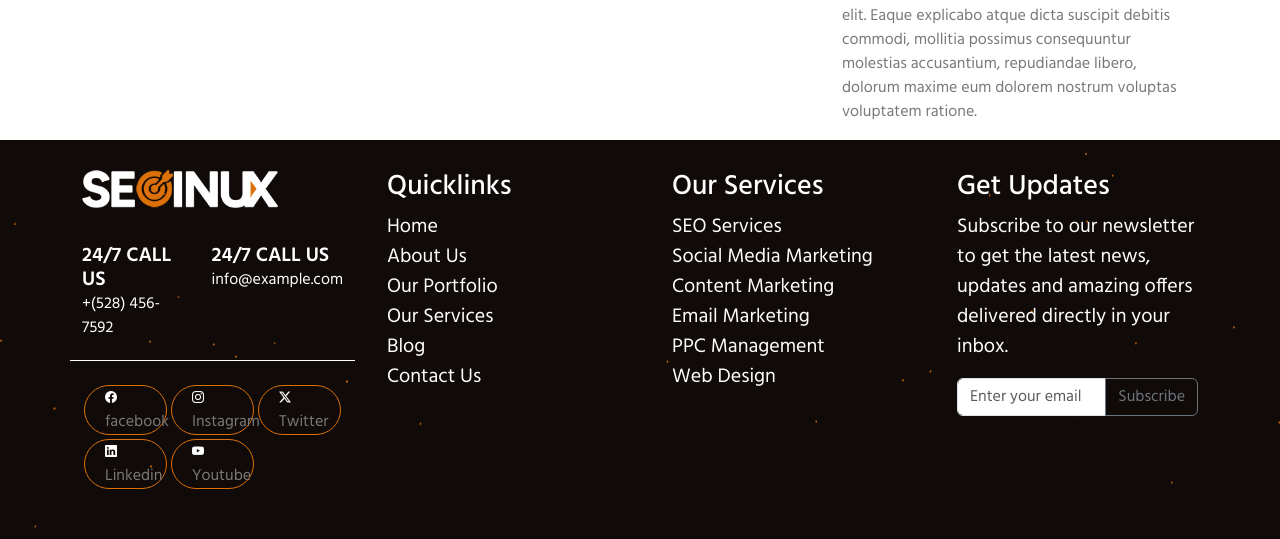
Repository: tagnam/seoinox
Page: about.html
An editor plug-in stored every save of this project. The page is shown before and after the next save, followed by the edit.
The browser window is 1280 px wide. The pictures show the part of the page from y = 3019 to 3558 px (the page is 3558 px tall).
A picture or video elsewhere on the page could not be fetched, so the positions and the page height are approximate. Backgrounds fixed to the window are drawn as part of the page.

Above is the page before, as saved 2025-02-26 11:03:16.

### about.html
<!DOCTYPE html>
<html lang="en">
<head>
    <meta charset="UTF-8">
    <meta name="viewport" content="width=device-width, initial-scale=1.0">
    <title>SEOINOX</title>
    <link href="https://cdn.jsdelivr.net/npm/bootstrap@5.3.3/dist/css/bootstrap.min.css" rel="stylesheet" integrity="sha384-QWTKZyjpPEjISv5WaRU9OFeRpok6YctnYmDr5pNlyT2bRjXh0JMhjY6hW+ALEwIH" crossorigin="anonymous">
    <link rel="stylesheet" href="style/css/style.css">
    <link rel="stylesheet" href="style/css/responsive.css">
    <link rel="stylesheet" href="style/css/animation.css">
</head>


<body>
  <header>
    <nav class="navbar navbar-expand-lg ">
        <div class="container-fluid">
          <a class="navbar-brand" href="#"><img src="images/main-logo-sec.png" width="100%" alt=""></a>
          <button class="navbar-toggler" type="button" data-bs-toggle="collapse" data-bs-target="#navbarSupportedContent" aria-controls="navbarSupportedContent" aria-expanded="false" aria-label="Toggle navigation">
            <span class="navbar-toggler-icon"></span>
          </button>
          <div class="collapse navbar-collapse custom-navbar-collapse" id="navbarSupportedContent">
            <ul class="navbar-nav custom-navbar-nav">
              <li class="nav-item">
                <a class="nav-link active" aria-current="page" href="/">Home</a>
              </li>
              <li class="nav-item">
                <a class="nav-link" href="about.html">About US</a>
              </li>
              <li class="nav-item">
                <a class="nav-link" href="portfolio.html">Our Portfolio</a>
              </li>
              <li class="nav-item">
                <a class="nav-link" href="service.html">Our Services</a>
              </li>
              <li class="nav-item">
                <a class="nav-link" href="blog.html">Blog</a>
              </li>
              <li class="nav-item">
                <a class="nav-link" href="contact.html">Contact Us</a>
              </li>
            </ul>
            <div class="d-flex" role="search">
                    <div class="menu-icon">
                        <div class="menu-icon-item"> </div>
                        <div class="menu-icon-item"></div>
                        <div class="menu-icon-item"></div>
                    </div>
            </div>
          </div>
        </div>
      </nav>
  </header>


<!--====================================== start hero section  ============================-->
 <section class="inner-page-hero-section">
    <div class="container">
        <div class="row">
                <div class="col-lg-12" style="z-index: 10;">
                    <div class="page-title">
                        <h2> About Us</h2>
                    </div>
                </div>
        </div>
    </div>
    <div class="overlay"></div>
 </section>

<!--====================================== end hero section  ============================-->

  <!--====================================== start about section  ============================-->
  <section class="about-section">
    <div class="container">
      <div class="row">
        <div class="col-lg-6" style="height: 800px;">
          <div class="about-img-container">
            <img src="images/about-image.png" alt="">
          </div>
        </div>
        <div class="col-lg-6">

          <div class="about-content-container">
            <div class="about-content">
              <h2 class="about-main-heading" style="text-align: start;">About Us</h2>
              <p class="about-sub-heading" style="text-align: start ; line-height: 80px;">Lorem ipsum dolor sit amet</p>
          </div>
          <p>At the core of our journey lies a commitment to driving growth fueled by a combination of expertise and passion. We believe growth is not just about numbers—it's about creating meaningful impact, fostering innovation, and building relationships that last. Our team brings a wealth of knowledge, experience, and dedication to every project.</p>
          <div class="about-card card">
            <div class="row g-4">
              <div class="col" style="background-color: #F7F7F7; border-radius: 15px;  ">
                <div class="card-body mission-vission">
                  <h5 class="card-title">Our Mission</h5>
                  <p class="card-text">Lorem ipsum dolor sit amet, consectetur adipiscing elit. </p>
                </div>
              </div>
              <div class="col" >
                <div class="card-body mission-vission">
                  <h5 class="card-title">Our Vision</h5>
                  <p class="card-text">Lorem ipsum dolor sit amet, consectetur adipiscing elit. </p>
                </div>
              </div>
            </div>
          </div>
        </div>
        </div>
      </div>
    </div>
  </section>

    <!--====================================== end about section  ============================-->
    <div class="clearfix"></div>


    <!--====================================== start choice  section  ============================-->

<section class="ab-page-choice-section">
<div class="container">
  <div class="row">
    <div class="col-lg-6" style="padding: 0px 50px;">
      <div class="about-content" >
        <h2 class="about-main-heading" style="text-align: start;">About Us</h2>
        <p class="about-sub-heading" style="text-align: start ; line-height: 80px; color: #fff;">Lorem ipsum dolor sit amet</p>
        <p style="text-align: start; color: #F7F7F7;">At the core of our journey lies a commitment to driving growth fueled by a combination of expertise and passion. We believe growth is not just about numbers—it's about creating meaningful impact, fostering innovation, and building relationships that last. Our team brings a wealth of knowledge, experience, and dedication to every project.</p>

    </div>
    </div>
    <div class="col-lg-6" style="padding: 0px 50px;">
      <div class="row row-cols-1 row-cols-md-2 g-4">
        <div class="col">
            <div class="card-body" style="color: #fff;">
              <h5 class="card-title choice-num">60<span>M</span></h5>
              <p class="card-text">Lorem ipsum dolor sit amet, consectetur adipiscing elit. </p>
          </div>
        </div>
        <div class="col">
          <div class="card-body" style="color: #fff;">
            <h5 class="card-title choice-num">80<span>%</span></h5>
            <p class="card-text">Lorem ipsum dolor sit amet, consectetur adipiscing elit. </p>
        </div>
        </div>
        <div class="col">
          <div class="card-body" style="color: #fff;">
            <h5 class="card-title choice-num">95<span>%</span> </h5>
            <p class="card-text">Lorem ipsum dolor sit amet, consectetur adipiscing elit. </p>
        </div>
        </div>
        <div class="col">
          <div class="card-body" style="color: #fff;">
            <h5 class="card-title choice-num">75<span>K</span> </h5>
            <p class="card-text">Lorem ipsum dolor sit amet, consectetur adipiscing elit. </p>
        </div>
        </div>
      </div>
    </div>
  </div>
</div>

</section>

        <!--====================================== end choice section  ============================-->

  <!--====================================== start choose section  ============================-->


  <section class="choose-section">
    <div class="container">
      <div class="row">
          <div class="col-lg-6 d-flex align-items-center">
              <div class="about-content">
                  <h2 class="about-main-heading" style="text-align: start;">Why Choose Us</h2>
                  <p class="about-sub-heading" style="text-align: start; font-size: 50px;">Lorem ipsum dolor sit amet</p>
                  <p  style="text-align: start;">Lorem ipsum dolor sit amet consectetur adipisicing elit. Eveniet, impedit ipsum laborum reiciendis numquam, fugit asperiores quaerat blanditiis voluptate deleniti rerum quae est accusantium dolor quibusdam repellendus in cumque ut!</p>

              </div>
          </div>
          <div class="col-lg-6">
            <div class="chooise-card-container">
              <div class="card chooise-card mb-5" >
                <div class="row g-0">
                  <div class="col-md-3">
                    <div class="choice-img-container">
                      <img src="images/step1.png" class="img-fluid" alt="...">
                    </div>
                  </div>
                  <div class="col-md-9">
                    <div class="card-body">
                      <h5 class="card-title choice-title">Card title</h5>
                      <p class="card-text">This is a wider card with supporting text below as a natural lead-in to additional content. This content is a little bit longer.</p>
                    </div>
                  </div>
                </div>
              </div>
              <div class="card chooise-card mb-5" >
                <div class="row g-0">
                  <div class="col-md-3">
                    <div class="choice-img-container">
                      <img src="images/step1.png" class="img-fluid" alt="...">
                    </div>
                  </div>
                  <div class="col-md-9">
                    <div class="card-body">
                      <h5 class="card-title choice-title">Card title</h5>
                      <p class="card-text">This is a wider card with supporting text below as a natural lead-in to additional content. This content is a little bit longer.</p>
                    </div>
                  </div>
                </div>
              </div>
              <div class="card chooise-card mb-5" >
                <div class="row g-0">
                  <div class="col-md-3">
                    <div class="choice-img-container">
                      <img src="images/step1.png" class="img-fluid" alt="...">
                    </div>
                  </div>
                  <div class="col-md-9">
                    <div class="card-body">
                      <h5 class="card-title choice-title">Card title</h5>
                      <p class="card-text">This is a wider card with supporting text below as a natural lead-in to additional content. This content is a little bit longer.</p>
                    </div>
                  </div>
                </div>
              </div>
              <div class="card chooise-card mb-5" >
                <div class="row g-0">
                  <div class="col-md-3">
                    <div class="choice-img-container">
                      <img src="images/step1.png" class="img-fluid" alt="...">
                    </div>
                  </div>
                  <div class="col-md-9">
                    <div class="card-body">
                      <h5 class="card-title choice-title">Card title</h5>
                      <p class="card-text">This is a wider card with supporting text below as a natural lead-in to additional content. This content is a little bit longer.</p>
                    </div>
                  </div>
                </div>
              </div>
            </div>
          </div>
      </div>
  </div>
</section>

  <!--====================================== end choose section  ============================-->
  <div class="clearfix"></div>

  <!--====================================== start team section  ============================-->

  <section>
    <div class="container">
      <div class="row">
        <div class="col-lg-8">

        </div>
        <div class="col-lg-4">
          <p>Lorem ipsum dolor sit amet consectetur adipisicing elit. Eaque explicabo atque dicta suscipit debitis commodi, mollitia possimus consequuntur molestias accusantium, repudiandae libero, dolorum maxime eum dolorem nostrum voluptas voluptatem ratione.</p>
        </div>
      </div>
    </div>
  </section>
  <!--====================================== end team section  ============================-->











<footer>
  <div class="container">
    <div class="row">
      <div class="col">
        <figure>
          <img src="images/main-logo.png" alt="" style="width: 75%;">
        </figure>
        <div class="row" style="padding: 20px 0px; border-bottom: 1px solid #fff;">
          <div class="col">
            <h4 class="footer-heading">24/7 CALL US</h4>
            <a href="" class="footer-link">+(528) 456-7592</a>
          </div>
          <div class="col">
            <h4 class="footer-heading">24/7 CALL US</h4>
            <a href="" class="footer-link">info@example.com</a>
          </div>
        </div>
        <div class="social-container row-cols-md-3  row g-1">
          <div class="col">
            <div class="social-icon"> <span><i class="bi bi-facebook"></i></span> facebook </div>
          </div>
          <div class="col">
            <div class="social-icon"> <span><i class="bi bi-instagram"></i></span> Instagram </div>
          </div>
          <div class="col">
            <div class="social-icon"> <span><i class="bi bi-twitter-x"></i></span> Twitter </div>
          </div>
          <div class="col">
            <div class="social-icon"> <span><i class="bi bi-linkedin"></i></span> Linkedin</div>
          </div>
          <div class="col">
            <div class="social-icon"> <span><i class="bi bi-youtube"></i></span> Youtube</div>
          </div>
        </div>
      </div>
      <div class="col">
          <div class="footer-content-heading">
              <h3><i class="ri-circle-fill"></i> Quicklinks</h3>
              <ul class="footer-list">
                <li><i class="ri-arrow-right-double-line"></i> <a class="footer-link" href="">Home</a></li>
                <li><i class="ri-arrow-right-double-line"></i> <a class="footer-link" href="">About Us</a></li>
                <li><i class="ri-arrow-right-double-line"></i> <a class="footer-link" href="">Our Portfolio</a></li>
                <li><i class="ri-arrow-right-double-line"></i> <a class="footer-link" href="">Our Services</a></li>
                <li><i class="ri-arrow-right-double-line"></i> <a class="footer-link" href="">Blog</a></li>
                <li><i class="ri-arrow-right-double-line"></i> <a class="footer-link" href="">Contact Us</a></li>
          </div>
      </div>
      <div class="col">
        <div class="footer-content-heading">
          <h3><i class="ri-circle-fill"></i> Our Services</h3>
            <ul class="footer-list">
              <li><i class="ri-arrow-right-double-line"></i> <a class="footer-link" href="">SEO Services</a></li>
              <li><i class="ri-arrow-right-double-line"></i> <a class="footer-link" href="">Social Media Marketing</a></li>
              <li><i class="ri-arrow-right-double-line"></i> <a class="footer-link" href="">Content Marketing</a></li>
              <li><i class="ri-arrow-right-double-line"></i> <a class="footer-link" href="">Email Marketing</a></li>
              <li><i class="ri-arrow-right-double-line"></i> <a class="footer-link" href="">PPC Management</a></li>
              <li><i class="ri-arrow-right-double-line"></i> <a class="footer-link" href="">Web Design</a></li>
            </ul>
      </div>
      </div>
      <div class="col">
        <div class="footer-content-heading">
          <h3><i class="ri-circle-fill"></i> Get Updates</h3>
          <p>Subscribe to our newsletter to get the latest news, updates and amazing offers delivered directly in your inbox.</p>
          <form action="">
            <div class="input-group mb-3">
              <input type="text" class="form-control" placeholder="Enter your email" aria-label="Recipient's username" aria-describedby="button-addon2">
              <button class="btn btn-outline-secondary" type="button" id="button-addon2">Subscribe</button>
            </div>
          </form>

      </div>
      </div>
    </div>
  </div>
</footer>
<script src="https://cdn.jsdelivr.net/npm/bootstrap@5.3.3/dist/js/bootstrap.bundle.min.js" integrity="sha384-YvpcrYf0tY3lHB60NNkmXc5s9fDVZLESaAA55NDzOxhy9GkcIdslK1eN7N6jIeHz" crossorigin="anonymous"></script>
<script src="https://unpkg.com/@studio-freight/lenis@1.0.42/dist/lenis.min.js"></script>

<script src="style/js/custom.js"></script>
</body>
</html>

Loaded but not shown: style/js/custom.js (12 lines, source omitted); style/css/style.css (593 lines, source omitted); style/css/responsive.css (no stored copy; drawn as an empty file); style/css/animation.css (no stored copy; drawn as an empty file)

After the next save:
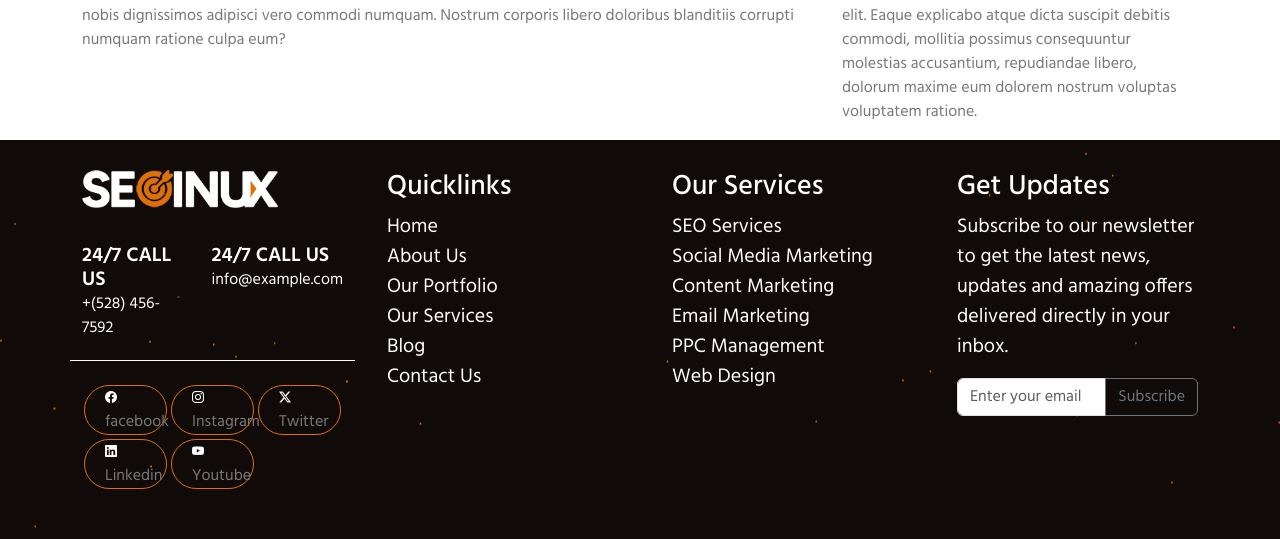
Saved 7 s later.
--- a/about.html
+++ b/about.html
@@ -251,7 +251,7 @@
     <div class="container">
       <div class="row">
         <div class="col-lg-8">
-
+          <p>Lorem ipsum, dolor sit amet consectetur adipisicing elit. Aliquam cupiditate vitae iusto omnis nostrum nobis dignissimos adipisci vero commodi numquam. Nostrum corporis libero doloribus blanditiis corrupti numquam ratione culpa eum?</p>
         </div>
         <div class="col-lg-4">
           <p>Lorem ipsum dolor sit amet consectetur adipisicing elit. Eaque explicabo atque dicta suscipit debitis commodi, mollitia possimus consequuntur molestias accusantium, repudiandae libero, dolorum maxime eum dolorem nostrum voluptas voluptatem ratione.</p>
